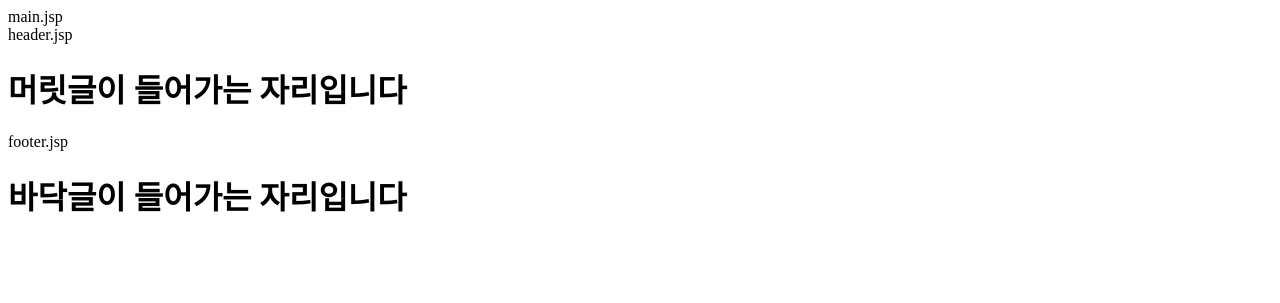
Repository: ryu1917/jsp
Page: http://localhost/jsp02/main.jsp
An editor plug-in stored every save of this project. The page is shown before and after the next save, followed by the edit.
The browser window is 1280 px wide. The pictures show the whole page.
The page is served by Tomcat 9.

Above is the page before, as saved 2021-04-21 08:11:37.

### workspace/jsp02/src/main/webapp/main.jsp

<%@ page language="java" contentType="text/html; charset=UTF-8"
    pageEncoding="UTF-8"%>
<!DOCTYPE html>
<html>
<head>
<meta charset="UTF-8">
<title>Insert title here</title>
</head>
<body>main.jsp<br>
<%@ include file="header.jsp" %>
<%@ include file="footer.jsp" %>
</body>
</html>

### workspace/jsp02/src/main/webapp/header.jsp
<%@ page language="java" contentType="text/html; charset=UTF-8"
    pageEncoding="UTF-8"%>
<!DOCTYPE html>
<html>
<head>
<meta charset="UTF-8">
<title>Insert title here</title>
</head>
<body>header.jsp<br>
<h1>머릿글이 들어가는 자리입니다</h1>
</body>
</html>

### workspace/jsp02/src/main/webapp/footer.jsp
<%@ page language="java" contentType="text/html; charset=UTF-8"
    pageEncoding="UTF-8"%>
<!DOCTYPE html>
<html>
<head>
<meta charset="UTF-8">
<title>Insert title here</title>
</head>
<body>footer.jsp<br>
<h1>바닥글이 들어가는 자리입니다</h1>

</body>
</html>

After the next save:
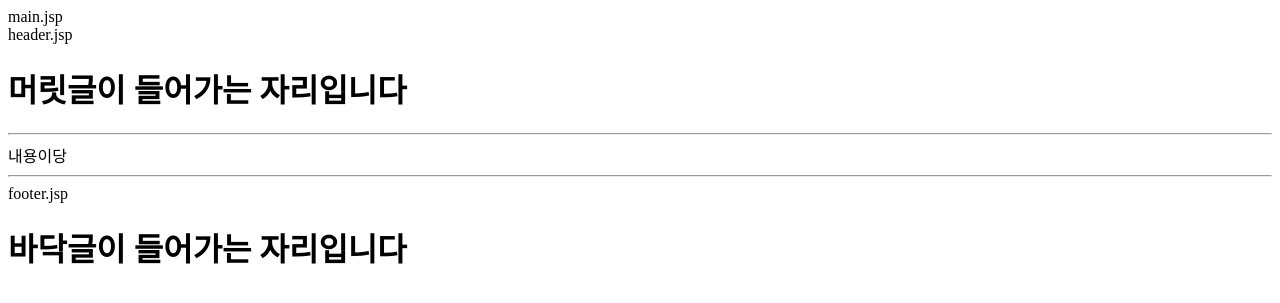
Saved 22 s later.
--- a/workspace/jsp02/src/main/webapp/main.jsp
+++ b/workspace/jsp02/src/main/webapp/main.jsp
@@ -9,6 +9,7 @@
 </head>
 <body>main.jsp<br>
 <%@ include file="header.jsp" %>
+<hr>내용이당<hr>
 <%@ include file="footer.jsp" %>
 </body>
 </html>
